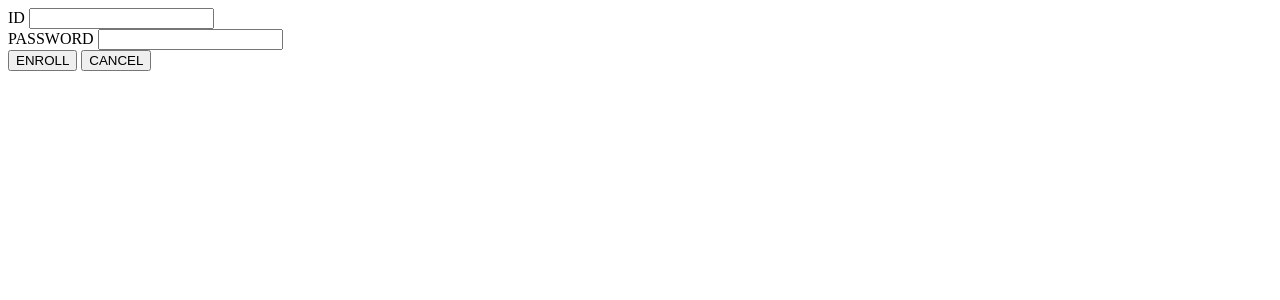
Repository: wonsy1006/servlet
Page: servlet01/src/main/webapp/login3.html
The author's editor kept a copy of each file at every save. The page is drawn from the files as they stood at one save, then again after the next save.
The browser window is 1280 px wide. The pictures show the whole page.

Above is the page before, as saved 2022-09-22 08:01:30.

### servlet01/src/main/webapp/login3.html
<!DOCTYPE html>
<html>
  <head>
    <meta charset="UTF-8" />
    <title>LOGIN</title>
  </head>
  <body>
    <form action="login" method="get" name="formLogin">
      <label for="user_id">ID</label>
      <input type="text" id="user_id" name="user_id" /><br />
      <label for="user_pw">PASSWORD</label>
      <input type="password" id="user_pw" name="user_pw" /><br />
      <input type="submit" value="ENROLL" />
      <input type="reset" value="CANCEL" />
    </form>
  </body>
</html>

After the next save:
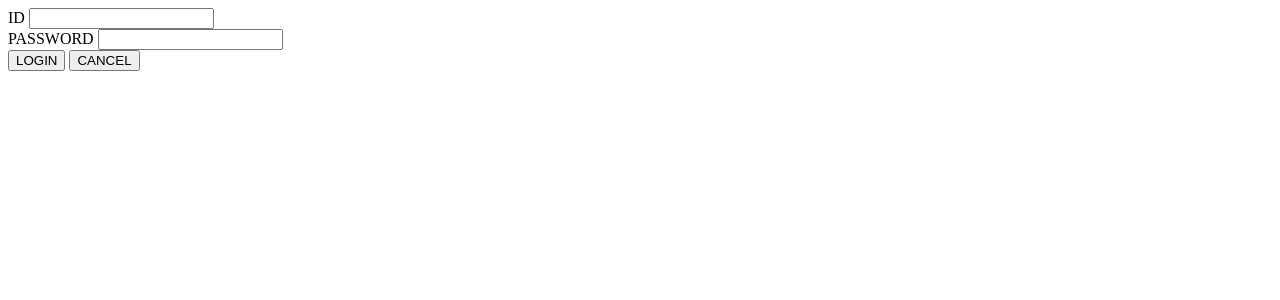
Saved 26 s later.
--- a/servlet01/src/main/webapp/login3.html
+++ b/servlet01/src/main/webapp/login3.html
@@ -5,12 +5,12 @@
     <title>LOGIN</title>
   </head>
   <body>
-    <form action="login" method="get" name="formLogin">
+    <form action="login3" method="post" name="formLogin">
       <label for="user_id">ID</label>
       <input type="text" id="user_id" name="user_id" /><br />
       <label for="user_pw">PASSWORD</label>
       <input type="password" id="user_pw" name="user_pw" /><br />
-      <input type="submit" value="ENROLL" />
+      <input type="submit" value="LOGIN" />
       <input type="reset" value="CANCEL" />
     </form>
   </body>
